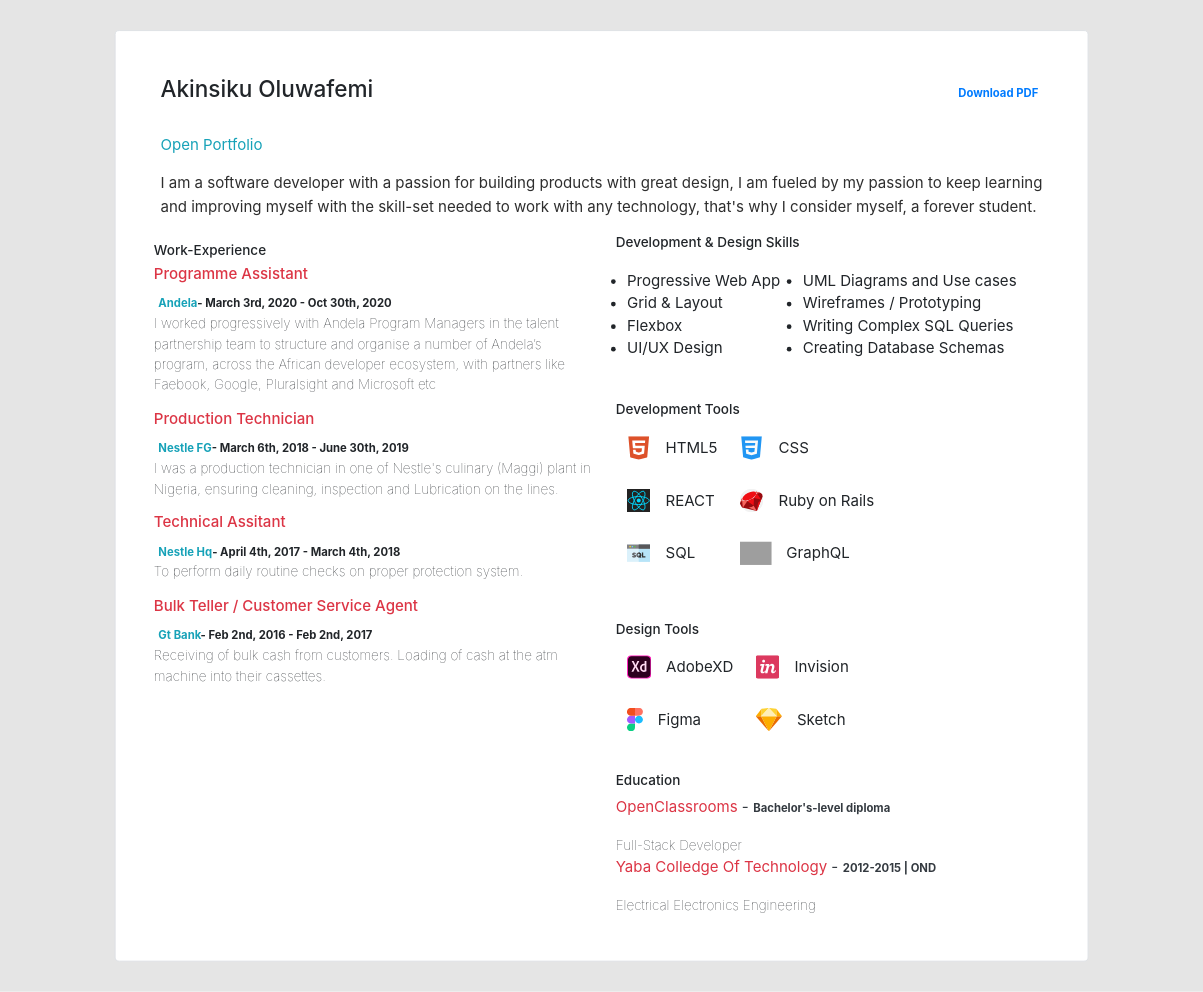
Repository: akinsikuoluwafemi/resume
Page: index.html
An editor plug-in stored every save of this project. The page is shown before and after the next save, followed by the edit.
The browser window is 1280 px wide. The pictures show the whole page, at 94% of full size.
Pictures or frames that could not be fetched are drawn as grey boxes. The style sheet was rebuilt from its Sass, Less or Tailwind sources for each picture, by a compiler version that may differ from the author's.

Above is the page before, as saved 2021-01-13 23:40:10.

### index.html
<!DOCTYPE html>
<html lang="en">

<head>
    <meta charset="UTF-8">
    <meta name="viewport" content="width=device-width, initial-scale=1.0">
    <meta http-equiv="X-UA-Compatible" content="ie=edge">
    <link rel="shortcut icon" type="image/png" href="./images/new-photo.png">

    <link rel="stylesheet" href="https://stackpath.bootstrapcdn.com/bootstrap/4.3.1/css/bootstrap.min.css" integrity="sha384-ggOyR0iXCbMQv3Xipma34MD+dH/1fQ784/j6cY/iJTQUOhcWr7x9JvoRxT2MZw1T"
        crossorigin="anonymous" />
    <link rel="stylesheet" href="./resume.css">

    <title>Akinsiku Oluwafemi - Software Developer</title>
</head>

<body>

   <div class="col-sm-12 col-lg-10 m-auto">
       <!--  -->
        <div class="p-c container border px-3 py-4 px-lg-5 py-lg-5 ">
            <header class="row">
                <div class="col d-flex align-items-center">
                    <h4 class="header__name mr-auto">Akinsiku Oluwafemi</h4>
                    <a href="./images/Femi_Akinsiku_resume.pdf" download="Femi_Akinsiku_resume.pdf" class="badge">Download PDF</a>
                </div>
            </header>
            <div class="row mt-4">
                <a href="https://femiakin.com/" target="_blank" class="col text-info">Open Portfolio</a>
            </div>

            <div class="row mt-3">
                <div class="col">
                    <p class="intro">I am a software developer with a passion for building products with great design, I am
                        fueled by my passion to keep learning and improving myself with the skill-set needed to work with
                        any
                        technology,
                        that's why I consider myself, a forever student.</p>
                </div>
            </div>


            <div class="row">

                <div class="col col-lg-6 p-2  ">
                    <!-- <div>
                        <h5 class="item__header">Community-Experience</h5>

                        <h6 class="item__job text-danger">#GADS 2020 - Programme Assistant </h6>
                        <p class="item__description">Grow with google, Andela and Pluralsight partnered to provide a new
                            program to support
                            software developers in Africa on Android, Google Cloud and Mobile Web skills. I am currently
                            serving as a
                            program assistant.</p>

                    </div>

                    <div>



                        <h6 class="item__job text-danger">#BuildforSDG Challenge 2020 - Programme Assistant </h6>


                        <p class="item__description">Facebook and Andela partnered to up-skill developers across
                            Sub-Saharan
                            Africa,
                            through a six-week immersive program where selected developers work in agile remote
                            teams to build projects relating to the SDGs.
                        </p>

                    </div> -->




                    <!-- here -->
                    <div>
                        <h5 class="item__header">Work-Experience</h5>
                        <h6 class="item__job text-danger">Programme Assistant
</h6>
                        <span class="badge"><span class="text-info">Andela</span>- March 3rd, 2020 - Oct 30th, 2020</span>
                        <p class="item__description">I worked progressively with Andela Program Managers in the talent partnership team to structure and organise a number of Andela’s program, across the African developer ecosystem, with partners like Faebook, Google, Pluralsight and Microsoft etc</p>

                    </div>
                    <div>
                        <h6 class="item__job text-danger">Production Technician</h6>
                        <span class="badge"><span class="text-info">Nestle FG</span>- March 6th, 2018 - June 30th, 2019 </span>
                        <p class="item__description">I was a production technician in one of Nestle's culinary (Maggi)
                            plant in
                            Nigeria,
                            ensuring cleaning, inspection and Lubrication on the lines.</p>

                    </div>
                    <div>
                        <h6 class="item__job text-danger">Technical Assitant</h6>
                        <span class="badge"><span class="text-info">Nestle Hq</span>- April 4th, 2017 - March 4th, 2018</span>
                        <p class="item__description">To perform daily routine checks on proper protection system.
                        </p>

                    </div>
                    <div>
                        <h6 class="item__job text-danger">Bulk Teller / Customer Service Agent</h6>
                        <span class="badge"><span class="text-info">Gt Bank</span>- Feb 2nd, 2016 - Feb 2nd, 2017 </span>
                        <p class="item__description">Receiving of bulk cash from customers.
                            Loading of cash at the atm machine into their cassettes.
                            </p>

                    </div>
                    <!-- here2 -->


                </div>
                <div class="col col-lg-6 ">

                    <div>
                        <h5 class="item__header ">Development & Design Skills</h5>
                        <div class="d-flex ">
                            <ul class="list__item">
                                <li>Progressive Web App</li>
                                <li>Grid & Layout</li>
                                <li>Flexbox</li>
                                <li>UI/UX Design</li>


                            </ul>
                            <ul class="list__item">
                                <li>UML Diagrams and Use cases</li>
                                <li>Wireframes / Prototyping</li>
                                <li>Writing Complex SQL Queries</li>
                                <li>Creating Database Schemas</li>



                            </ul>
                        </div>


                    </div>

                    <div class="item__container">
                        <h5 class="item__header">Development Tools</h5>
                        <div class="d-flex ">
                            <ul class="list__item">
                                <div class="d-flex  mb-3">
                                    <img src="./images/html5.svg" />
                                    <p class="ml-3">HTML5</p>
                                </div>
                                <div class="d-flex  mb-3">
                                    <img src="./images/react-1.svg" />
                                    <p class="ml-3">REACT</p>
                                </div>
                                <div class="d-flex ">
                                    <img src="./images/sql.svg" />
                                    <p class="ml-3">SQL</p>
                                </div>

                            </ul>
                            <ul class="list__item ">
                                <div class="d-flex  mb-3">
                                    <img src="./images/css-3.svg" />
                                    <p class="ml-3">CSS</p>
                                </div>
                                <div class="d-flex  mb-3">
                                    <img src="./images/ruby.svg" />
                                    <p class="ml-3">Ruby on Rails</p>
                                </div>
                                <div class="d-flex ">
                                    <img src="./images/graphql-icon.svg" />
                                    <p class="ml-3">GraphQL</p>
                                </div>


                            </ul>
                        </div>


                    </div>

                    <!-- here -->

                    <div class="item__contain">
                        <h5 class="item__header">Design Tools</h5>
                        <div class="d-flex ">
                            <ul class="list__item">

                                <div class="d-flex  mb-3 ">
                                    <img src="./images/adobe-xd-1.svg" />
                                    <p class="ml-3">AdobeXD</p>
                                </div>

                                <div class="d-flex ">
                                    <img src="./images/figma-1.svg" />
                                    <p class="ml-3">Figma</p>
                                </div>

                            </ul>
                            <ul class="list__item ">

                                  <div class="d-flex mb-3">
                                    <img src="./images/invision.svg" />
                                    <p class="ml-3">Invision</p>
                                </div>
                                <div class="d-flex ">
                                    <img src="./images/sketch-2.svg" />
                                    <p class="ml-3">Sketch</p>
                                </div>


                            </ul>
                        </div>


                    </div>
                    <div class="edu">
                        <h5 class="item__header">Education</h5>
                        <p paragraph><a href="https://www.francecompetences.fr/recherche/rncp/27099/" class="text-danger text-info">OpenClassrooms
                            <span class="text-dark">-</span><span class="badge text-dark">Bachelor's-level diploma</span></a></p>

                        <span class="item__description "><a style="color: #212529" href="https://openclassrooms.com/en/paths/104-full-stack-developer">Full-Stack Developer</a></span>

                        <p class="text-danger paragraph pt-2">Yaba Colledge Of Technology <span class="text-dark">-</span><span class="badge text-dark">2012-2015
                                | OND</span></p>
                        <span class="item__description ">Electrical Electronics Engineering</span>


                    </div>



                </div>

            </div>


        </div>

        <!--  -->
   </div>










    <script src="https://code.jquery.com/jquery-3.3.1.slim.min.js" integrity="sha384-q8i/X+965DzO0rT7abK41JStQIAqVgRVzpbzo5smXKp4YfRvH+8abtTE1Pi6jizo"
        crossorigin="anonymous"></script>
    <script src="https://cdnjs.cloudflare.com/ajax/libs/popper.js/1.14.7/umd/popper.min.js" integrity="sha384-UO2eT0CpHqdSJQ6hJty5KVphtPhzWj9WO1clHTMGa3JDZwrnQq4sF86dIHNDz0W1"
        crossorigin="anonymous"></script>
    <script src="https://stackpath.bootstrapcdn.com/bootstrap/4.3.1/js/bootstrap.min.js" integrity="sha384-JjSmVgyd0p3pXB1rRibZUAYoIIy6OrQ6VrjIEaFf/nJGzIxFDsf4x0xIM+B07jRM"
        crossorigin="anonymous"></script>
</body>

</html>

### resume.scss


body {
    background-color: #E5E5E5;

    -webkit-font-smoothing: antialiased;
  -moz-osx-font-smoothing: grayscale;
}

.container {
    margin: 2rem auto;
    background-color: white;
    border-radius: .3rem;
}

.intro {
    font-size: 1rem;
    color: rgba(0,0,0,0.82);
    line-height: 1.6rem;
}


.text-info:hover{
    text-decoration: none;
}

img {
    height: 25px;
}



.item {

     &__contain {
        margin-bottom: 0rem;
        // background: red;
    }

    &__container {
        margin: 1rem 0!important;
    }

    &__dev {
         font-size: .9rem;
        margin-bottom: 1rem;
    }

    &__header {
        font-size: .9rem;
        margin-bottom: .5rem;
    }

    &__description {
        font-weight: 100;
        font-size: .9rem;
    }

}


.list__item {
    padding: 12px;
}

@media (max-width: 576px) {
    br {
        display: none;
    }
 }

 .paragraph {
   padding: 0!important;
 }

After the next save:
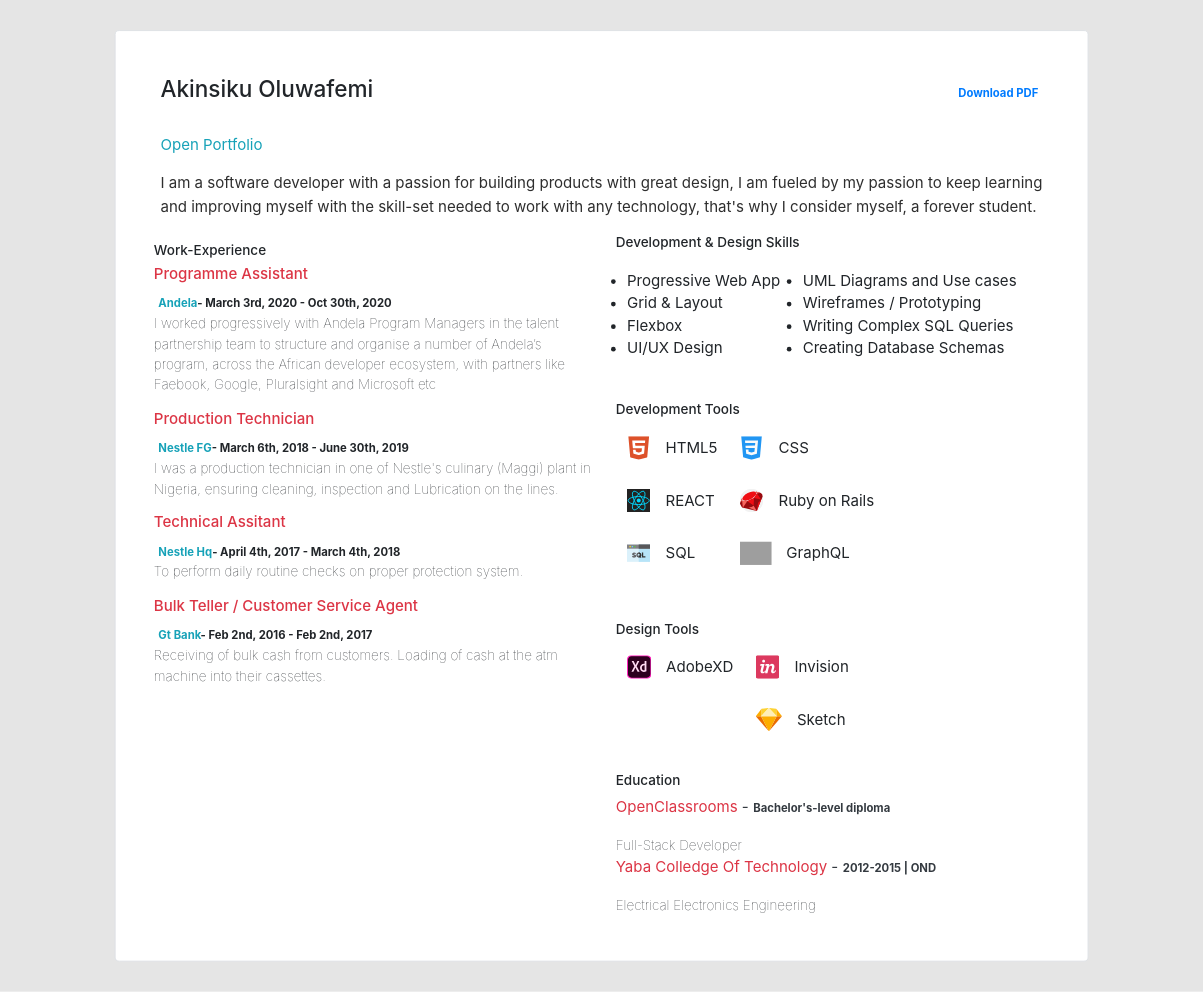
Saved 30 s later.
--- a/index.html
+++ b/index.html
@@ -189,10 +189,10 @@
                                     <p class="ml-3">AdobeXD</p>
                                 </div>
 
-                                <div class="d-flex ">
+                                <!-- <div class="d-flex ">
                                     <img src="./images/figma-1.svg" />
                                     <p class="ml-3">Figma</p>
-                                </div>
+                                </div> -->
 
                             </ul>
                             <ul class="list__item ">
